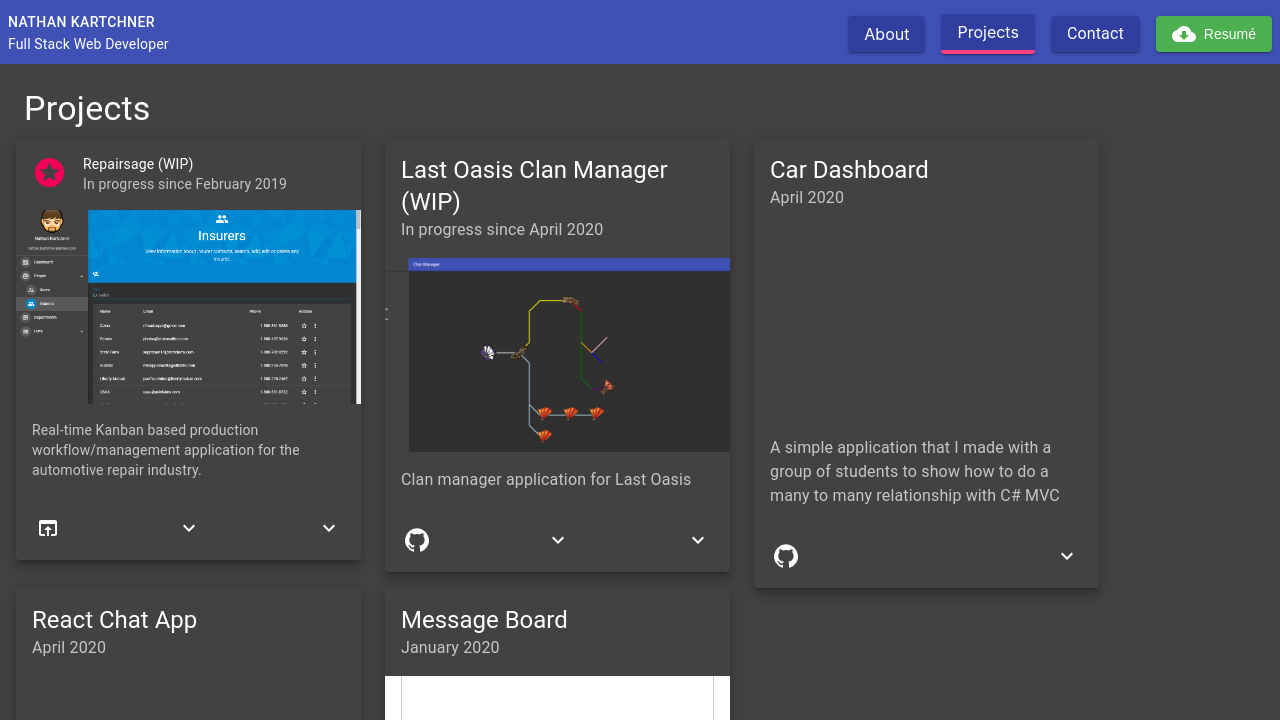
Repository: nkartchner/portfolio
Page: /projects
An editor plug-in stored every save of this project. The page is shown before and after the next save, followed by the edit.
The browser window is 1280 px wide. The pictures show the whole page.
An inner scrolling area shows only its first screen. The project was rebuilt for these pictures with package versions that can differ from the ones it lists, and the page was loaded fresh each time. Also part of the build but not shown: src/Home/Landing.tsx, src/Core/Tooltip.tsx, src/About/AboutMe.tsx, src/Contact/Contact.tsx, src/Contact/ContactMenu.tsx, src/Navigation/Menus/MobileNavMenu.tsx. Imported but missing from the stored project, and not drawn on this page: src/Home/media/dyno.mp4, src/Home/media/dyno_converted.webm.

Above is the page before, as saved 2020-07-04 14:02:35.

After the next save:
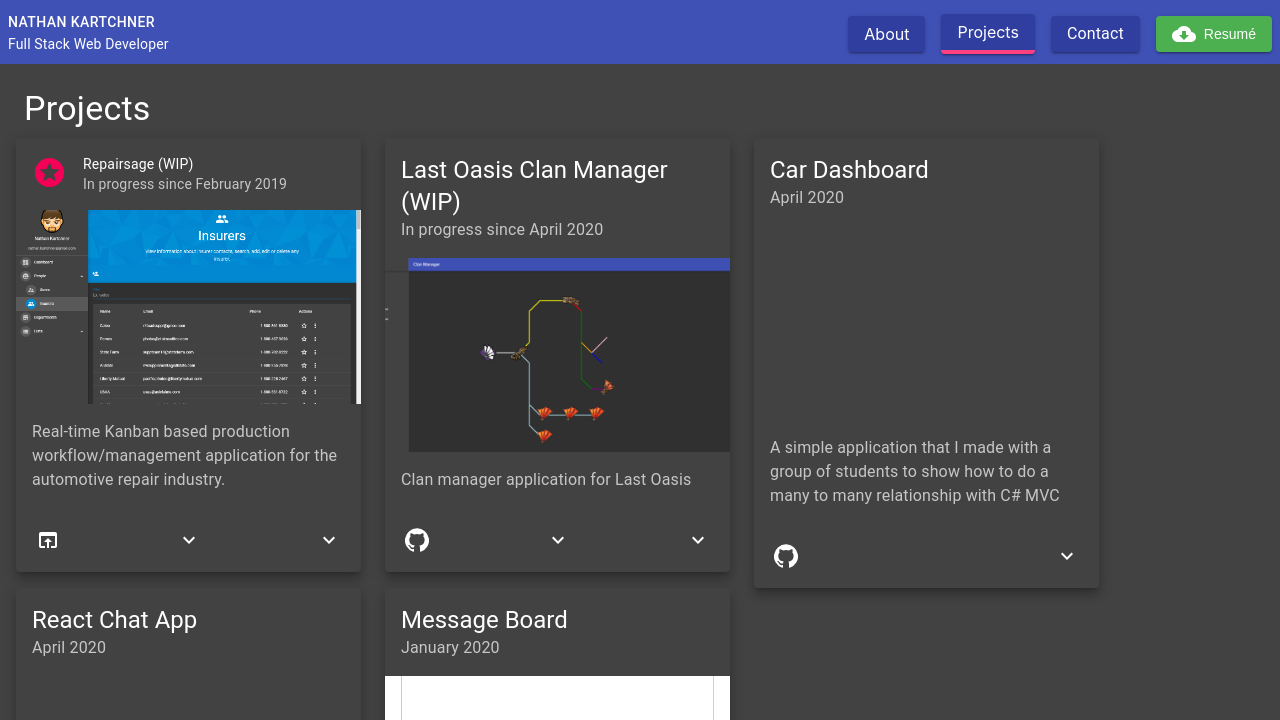
Saved 73 s later.
--- a/src/Projects/Projects.tsx
+++ b/src/Projects/Projects.tsx
@@ -48,7 +48,12 @@
 const MyProjects: IProps[] = [
   {
     title: "Repairsage (WIP)",
-    shortDesc: `Real-time Kanban based production workflow/management application for the automotive repair industry.`,
+    shortDesc: (
+      <Typography variant="body1">
+        Real-time Kanban based production workflow/management application for
+        the automotive repair industry.
+      </Typography>
+    ),
     longDesc: (
       <Typography variant="body1" component="p">
         We currently have an instance of Repairsage launched that we use as a
@@ -93,6 +98,7 @@
         in-game tech tree. I decided to use HTML5 canvas and add tooltips.
       </Typography>
     ),
+    avatar: TechIcons.React,
     startDate: new Date(Date.parse("04/05/2020")),
     technologies: [
       TechIcons.React,
